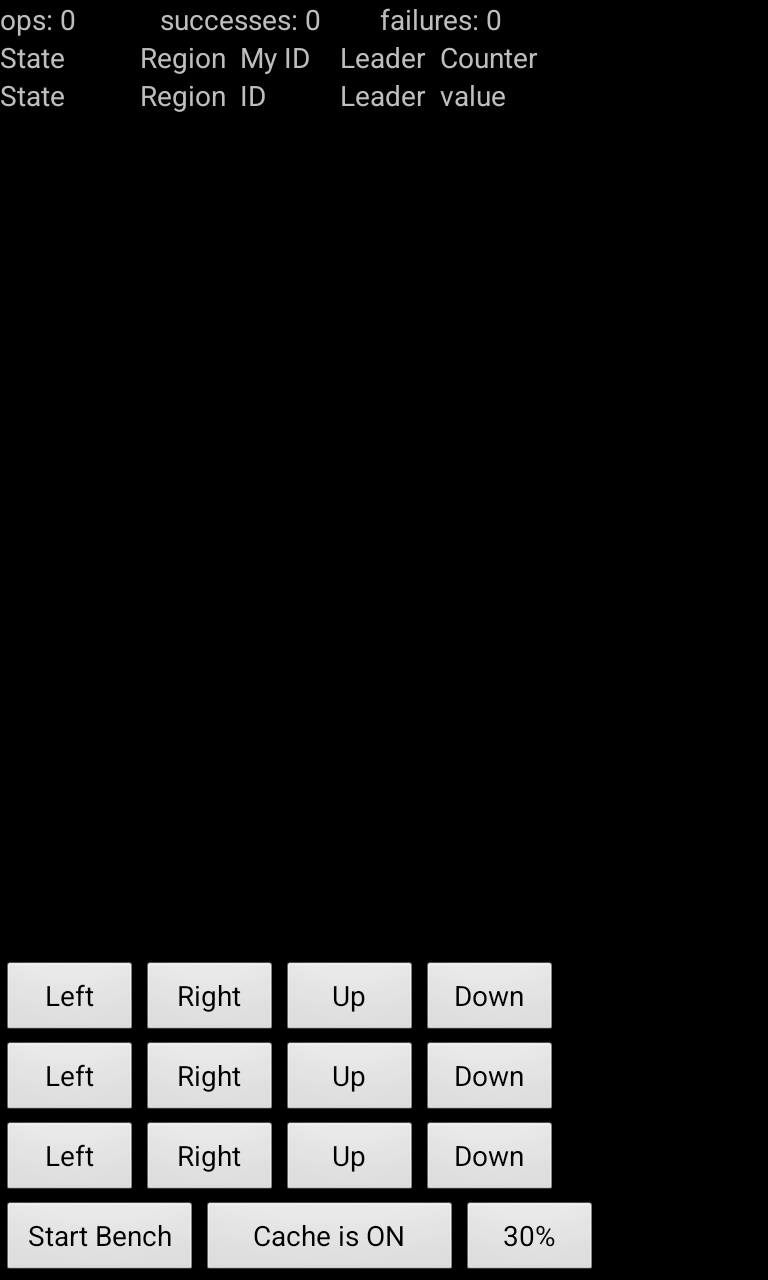
Repository: jasongao/csmcode
Layout: current/workspace/VNConsistent/res/layout/main.xml
These files come from the project's save history. The layout is drawn as it stood at one moment and after a run of saves; the edit follows.
It is drawn on a 768 x 1280 px phone screen (xhdpi) without system bars, with theme android:Theme; the app's code is not run. Lists and similar views that code fills are empty.

Above is the layout before, as saved 2011-07-17 15:35:45.

### current/workspace/VNConsistent/res/layout/main.xml
<?xml version="1.0" encoding="utf-8"?>
<LinearLayout xmlns:android="http://schemas.android.com/apk/res/android"
	android:orientation="vertical" android:layout_width="fill_parent"
	android:layout_height="fill_parent">

	<LinearLayout android:layout_width="match_parent"
		android:layout_height="wrap_content" android:id="@+id/CountInfoLayout">
		<TextView android:text="ops: 0" android:layout_height="wrap_content"
			android:id="@+id/opcount_tv" android:layout_width="80dip"></TextView>
		<TextView android:text="successes: 0" android:layout_height="wrap_content"
			android:id="@+id/successcount_tv" android:layout_width="110dip"></TextView>
		<TextView android:text="failures: 0" android:layout_height="wrap_content"
			android:id="@+id/failurecount_tv" android:layout_width="90dip"></TextView>
	</LinearLayout>

	<LinearLayout android:layout_width="match_parent"
		android:layout_height="wrap_content" android:id="@+id/StatusHeadingLayout">
		<TextView android:text="State" android:id="@+id/TextView04"
			android:layout_height="wrap_content" android:layout_width="70dip"></TextView>
		<TextView android:text="Region" android:layout_width="50dip"
			android:id="@+id/TextView03" android:layout_height="wrap_content"></TextView>
		<TextView android:text="My ID" android:layout_width="50dip"
			android:id="@+id/TextView01" android:layout_height="wrap_content"></TextView>
		<TextView android:layout_height="wrap_content"
			android:layout_width="50dip" android:text="Leader" android:id="@+id/TextView05"></TextView>
		<TextView android:text="Counter" android:layout_height="wrap_content"
			android:id="@+id/TextView06" android:layout_width="75dip"></TextView>
	</LinearLayout>
	<LinearLayout android:layout_width="match_parent"
		android:layout_height="wrap_content" android:id="@+id/StatusInfoLayout">
		<TextView android:text="State" android:layout_height="wrap_content"
			android:id="@+id/state_tv" android:layout_width="70dip"></TextView>
		<TextView android:text="Region" android:layout_height="wrap_content"
			android:layout_width="50dip" android:id="@+id/region_tv"></TextView>
		<TextView android:text="ID" android:layout_width="50dip"
			android:id="@+id/id_tv" android:layout_height="wrap_content"></TextView>
		<TextView android:layout_height="wrap_content"
			android:layout_width="50dip" android:text="Leader" android:id="@+id/leader_tv"></TextView>
		<TextView android:layout_height="wrap_content"
			android:layout_width="75dip" android:text="value" android:id="@+id/csm_tv"></TextView>
	</LinearLayout>

	<ListView android:id="@+id/msgList" android:layout_width="fill_parent"
		android:layout_height="fill_parent" android:stackFromBottom="true"
		android:transcriptMode="alwaysScroll" android:layout_weight="1">
	</ListView>

	<LinearLayout android:layout_width="fill_parent"
		android:orientation="horizontal" android:layout_height="wrap_content"
		android:id="@+id/RegionButton1Layout">
		<Button android:text="Left" android:id="@+id/left_button"
			android:layout_width="70dip" android:layout_height="40dip" />
		<Button android:text="Right" android:id="@+id/right_button"
			android:layout_width="70dip" android:layout_height="40dip"></Button>
		<Button android:text="Up" android:id="@+id/up_button"
			android:layout_width="70dip" android:layout_height="40dip" />
		<Button android:text="Down" android:id="@+id/down_button"
			android:layout_width="70dip" android:layout_height="40dip" />
	</LinearLayout>

	<LinearLayout android:layout_width="fill_parent"
		android:orientation="horizontal" android:layout_height="wrap_content"
		android:id="@+id/RegionButton2Layout">
		<Button android:text="Left" android:id="@+id/left_button"
			android:layout_width="70dip" android:layout_height="40dip" />
		<Button android:text="Right" android:id="@+id/right_button"
			android:layout_width="70dip" android:layout_height="40dip"></Button>
		<Button android:text="Up" android:id="@+id/up_button"
			android:layout_width="70dip" android:layout_height="40dip" />
		<Button android:text="Down" android:id="@+id/down_button"
			android:layout_width="70dip" android:layout_height="40dip" />
	</LinearLayout>

	<LinearLayout android:layout_width="fill_parent"
		android:orientation="horizontal" android:layout_height="wrap_content"
		android:id="@+id/RegionButtonLayout">
		<Button android:text="Left" android:id="@+id/left_button"
			android:layout_width="70dip" android:layout_height="40dip" />
		<Button android:text="Right" android:id="@+id/right_button"
			android:layout_width="70dip" android:layout_height="40dip"></Button>
		<Button android:text="Up" android:id="@+id/up_button"
			android:layout_width="70dip" android:layout_height="40dip" />
		<Button android:text="Down" android:id="@+id/down_button"
			android:layout_width="70dip" android:layout_height="40dip" />
	</LinearLayout>

	<LinearLayout android:layout_width="fill_parent"
		android:orientation="horizontal" android:layout_height="wrap_content"
		android:id="@+id/TestButtonsLayout">
		<Button android:text="Start Bench" android:layout_width="100dip"
			android:id="@+id/switchbench_button" android:layout_height="40dip"></Button>
		<Button android:layout_width="130dip" android:text="Cache is ON"
			android:id="@+id/cache_button" android:layout_height="40dip"></Button>
		<Button android:text="30%" android:id="@+id/distribution_button"
			android:layout_height="40dip" android:layout_width="70dip"></Button>
	</LinearLayout>

</LinearLayout>

After the next 2 saves:
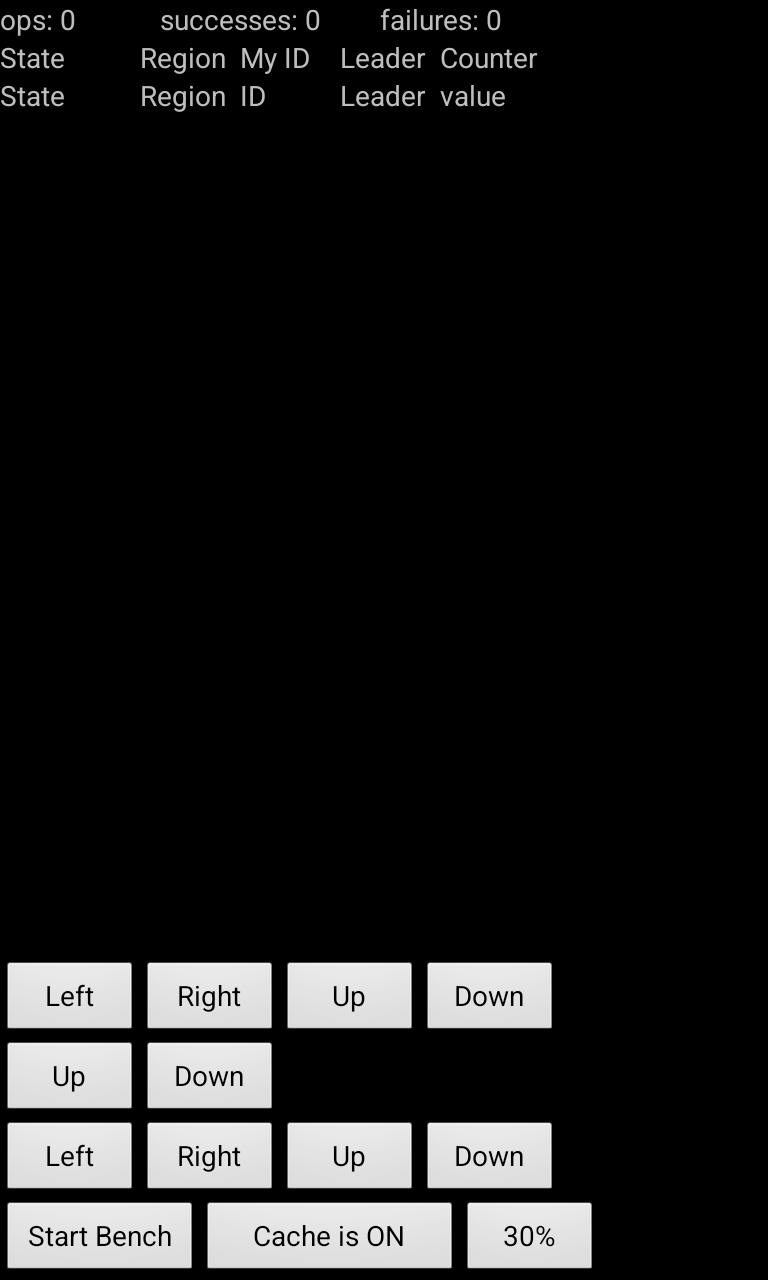
The 2 saves are shown as one change because they came seconds apart.
The last was saved 11 s later.
--- a/current/workspace/VNConsistent/res/layout/main.xml
+++ b/current/workspace/VNConsistent/res/layout/main.xml
@@ -51,7 +51,7 @@
 		<Button android:text="Left" android:id="@+id/left_button"
 			android:layout_width="70dip" android:layout_height="40dip" />
 		<Button android:text="Right" android:id="@+id/right_button"
-			android:layout_width="70dip" android:layout_height="40dip"></Button>
+			android:layout_width="70dip" android:layout_height="40dip" />
 		<Button android:text="Up" android:id="@+id/up_button"
 			android:layout_width="70dip" android:layout_height="40dip" />
 		<Button android:text="Down" android:id="@+id/down_button"
@@ -61,10 +61,6 @@
 	<LinearLayout android:layout_width="fill_parent"
 		android:orientation="horizontal" android:layout_height="wrap_content"
 		android:id="@+id/RegionButton2Layout">
-		<Button android:text="Left" android:id="@+id/left_button"
-			android:layout_width="70dip" android:layout_height="40dip" />
-		<Button android:text="Right" android:id="@+id/right_button"
-			android:layout_width="70dip" android:layout_height="40dip"></Button>
 		<Button android:text="Up" android:id="@+id/up_button"
 			android:layout_width="70dip" android:layout_height="40dip" />
 		<Button android:text="Down" android:id="@+id/down_button"
